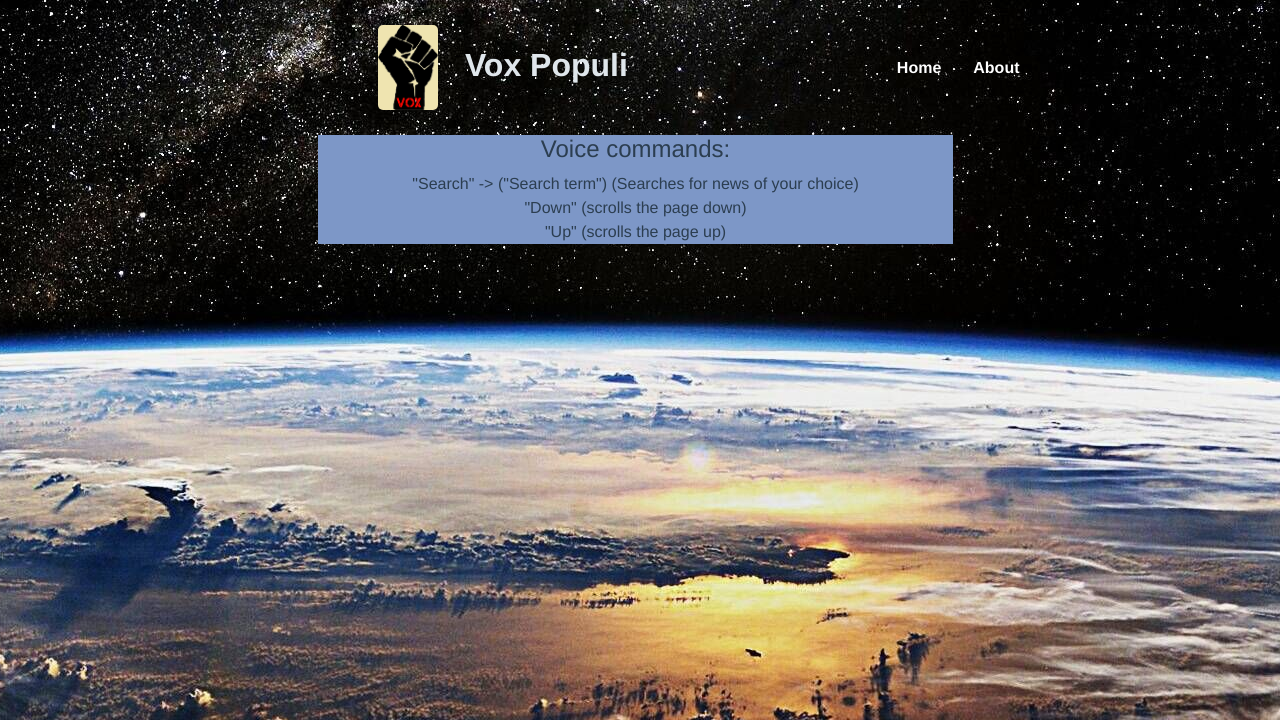
Repository: mseparov/vox-populi
Page: /about (app in vox-populi/)
The author's editor kept a copy of each file at every save. The page is drawn from the files as they stood at one save, then again after the next save.
The browser window is 1280 px wide. The pictures show the whole page.
The project was rebuilt for these pictures with package versions that can differ from the ones it lists, and the page was loaded fresh each time. Also part of the build but not shown: vox-populi/src/components/NewsArticle.vue, vox-populi/src/views/Home.vue.

Above is the page before, as saved 2021-08-23 23:43:38.

After the next save:
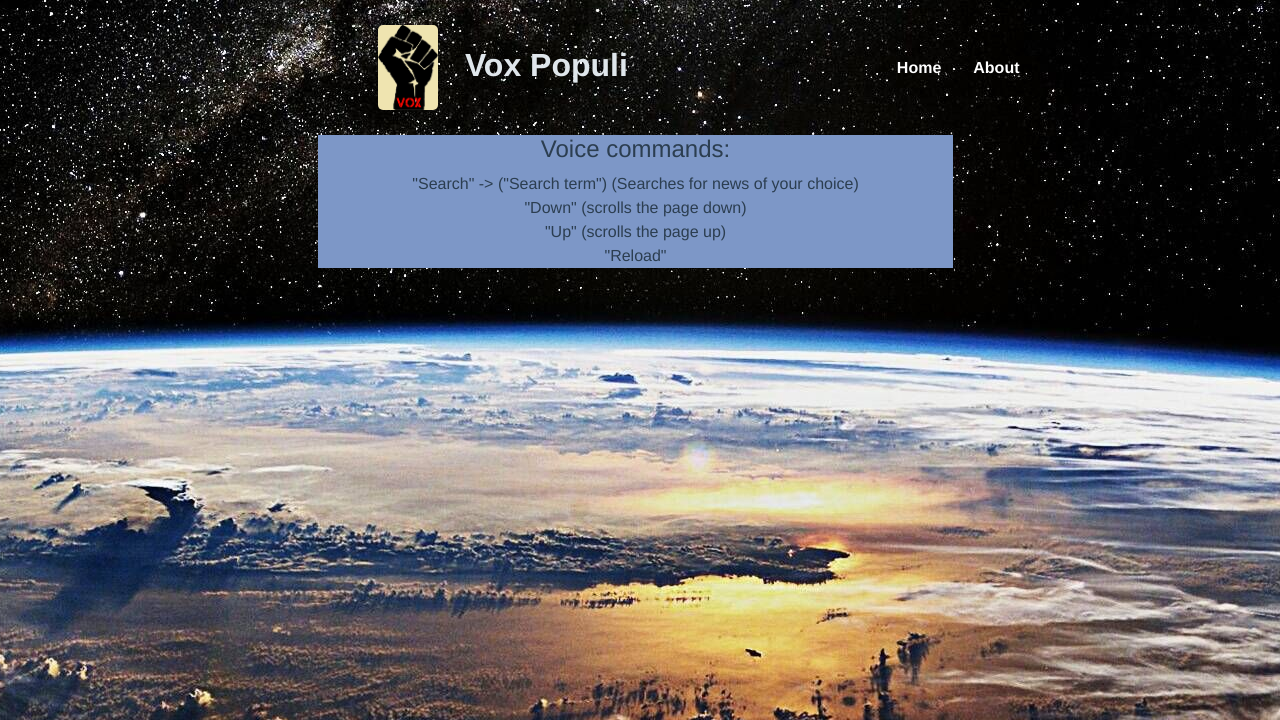
Saved 6 s later.
--- a/vox-populi/src/views/About.vue
+++ b/vox-populi/src/views/About.vue
@@ -9,7 +9,7 @@
        <br>
        "Up" (scrolls the page up)
        <br>
-
+       "Reload"
 
      </p>
   </div>
